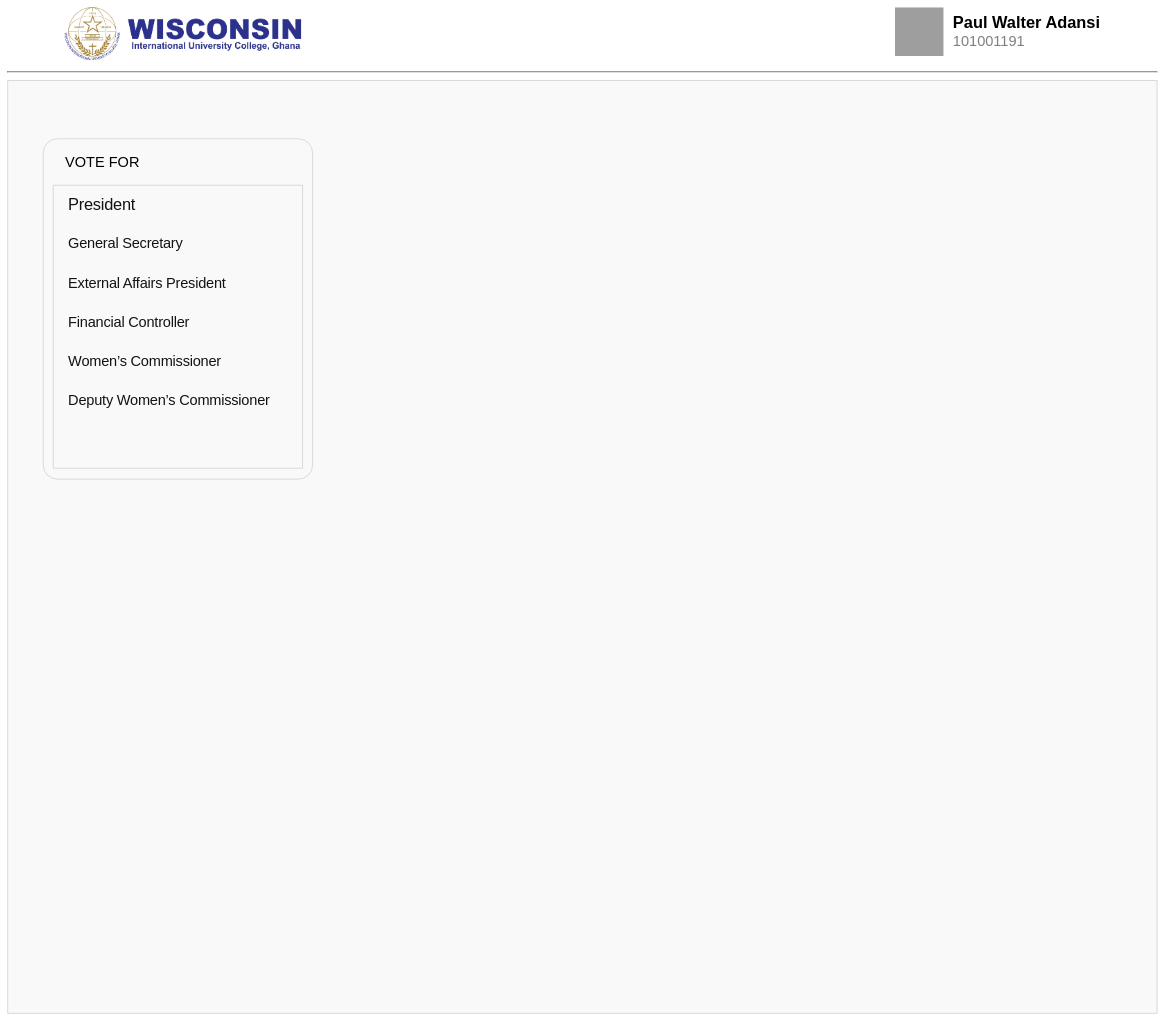
Repository: exe-walt/Voting-System-Project
Page: new.html
An editor plug-in stored every save of this project. The page is shown before and after the next save, followed by the edit.
The browser window is 1280 px wide. The pictures show the whole page, at 91% of full size.
Pictures or frames that could not be fetched are drawn as grey boxes.

Above is the page before, as saved 2025-04-01 14:58:21.

### new.html
<!DOCTYPE html>
<html lang="en">
<head>
  <meta charset="UTF-8">
  <meta name="viewport" content="width=device-width, initial-scale=1.0">
  <title>Document</title>
  <link rel="stylesheet" href="new.css">
</head>
<body>

  <!-- Navbar-->
  <div class="nav-bar">
          <div class="logomain">
            <img class="logo" src="img/wiuclogofull.png" alt="WIUC Logo"/>
          </div>

          <div class="profile">
            <img class="img" src="img/walt.png" alt="student profile">
              <div class="student-details">
                <div class="student-name">Paul Walter Adansi</div>
                <div class="student-id">101001191</div>
              </div>
          </div>
    </div>
    <hr class="line"/>
    <!-- End of Navbar -->

    <div class="content">
      <div class="content-container">
        <div class="left-container">
          <div class="vote-txt">
            <p>VOTE FOR</p>
          </div>
          <div class="roles-container">
            <!-- President -->
            <div class="div-president">
              <div class="president">President</div>
            </div>

            <!-- General Secretary -->
            <div class="div-genSec">
              <div class="gen-secretary">General Secretary</div>
            </div>

            <!-- External Affairs President -->
            <div class="div-externalaffairs">
              <div class="ext-affairs">External Affairs President</div>
            </div>

            <!-- Financial Controller -->
            <div class="div-fincont">
              <div class="main-financial">Financial Controller</div>
            </div>

            <!-- Main Women's Commissioner -->
            <div class="div-wcom">
              <div class="main-wcom">Women’s Commissioner</div>
            </div>

            <!-- Deputy Women's Commissioner -->
            <div class="div-deptwcom">
              <div class="dept-wcom">Deputy Women’s Commissioner</div>
            </div>
          </div>
        </div>
      </div>
    </div>

</body>
</html>

### new.css
*{
  font-family: 'Tenorite', sans-serif;
}

.nav-bar {
  display: flex;
  margin-left: 5%;
  margin-right: 5%;
  justify-content: space-between;
}

.nav-bar .logo {
  width: 262px;
  height: 58px;
}

.nav-bar img {
  width: 54px;
  height: 54px;
}

.profile{
  display: flex;
}

.profile img{
  width: 54px;
  height: 54px;
}

.profile .student-details{
  display: flex;
  flex-direction: column;
  margin-top: 7px;
  margin-left: 10px;
}

.profile .student-details .student-name{
  font-size: 18px;
  font-weight: 750;
  color: #000000;
}

.profile .student-details .student-id{
  font-size: 16px;
  font-weight: 400;
  color: #808080;
}

hr{
  border-color: #d7d7d7;
  border-width: 1px;
}

.content{
  background-color: #f9f9f9;
  display: flex;
  flex-direction: row;
  justify-content: center;
  width: 100%;
}

.content-container{
  background-color: #f9f9f9;
  width: 1440px;
  height: 1024px;
  border: 1px solid #d7d7d7;
}

.left-container{
  border: 1px solid #d7d7d7;
  width: 295px;
  height: 373px;
  margin-left: 3%;
  margin-top: 5%;
  border-radius: 16px;
}

.left-container .vote-txt{
  margin-left: 8%;
  margin-top: 4%;
}

.left-container p{
  font-size: 16px;
  font-weight: 400;
  color: #000000;
}

.roles-container{
  justify-content: center;
  border: 1px solid #d7d7d7;
  margin: 10px;
  height: 310px;
}

.div-president {
  align-items: center;
  gap: 10px;
  padding: 13px 16px;
  position: relative;
  align-self: stretch;
  width: 100%;
  flex: 0 0 auto;
}

.president {
  position: relative;
  width: fit-content;
  margin-top: -0.90px;
  font-weight: 500;
  color: #131316;
  font-size: 18px;
  letter-spacing: -0.27px;
  line-height: 18px;
  white-space: nowrap;
}

.div-genSec {
  display: flex;
  align-items: center;
  gap: 10px;
  padding: 13px 16px;
  position: relative;
  align-self: stretch;
  width: 100%;
  flex: 0 0 auto;
}

.gen-secretary {
  position: relative;
  width: fit-content;
  margin-top: -1.00px;
  font-weight: 500;
  color: #131316;
  font-size: 16px;
  letter-spacing: -0.24px;
  line-height: 18px;
  white-space: nowrap;
}

/* External Affairs */
.div-externalaffairs{
  display: flex;
  align-items: center;
  gap: 10px;
  padding: 13px 16px;
  position: relative;
  align-self: stretch;
  width: 100%;
  flex: 0 0 auto;
}

.ext-affairs{
  position: relative;
  width: fit-content;
  margin-top: -1.00px;
  font-weight: 500;
  color: #131316;
  font-size: 16px;
  letter-spacing: -0.24px;
  line-height: 18px;
  white-space: nowrap;
}

/* Financial Controller */
.div-fincont {
  display: flex;
  align-items: center;
  gap: 10px;
  padding: 13px 16px;
  position: relative;
  align-self: stretch;
  width: 100%;
  flex: 0 0 auto;
}

.main-financial{
  position: relative;
  width: fit-content;
  margin-top: -1.00px;
  font-weight: 500;
  color: #131316;
  font-size: 16px;
  letter-spacing: -0.24px;
  line-height: 18px;
  white-space: nowrap;
}

/* Women's Commissioner */
.div-wcom {
  display: flex;
  align-items: center;
  gap: 10px;
  padding: 13px 16px;
  position: relative;
  align-self: stretch;
  width: 100%;
  flex: 0 0 auto;
}

.main-wcom{
  position: relative;
  width: fit-content;
  margin-top: -1.00px;
  font-weight: 500;
  color: #131316;
  font-size: 16px;
  letter-spacing: -0.24px;
  line-height: 18px;
  white-space: nowrap;
}

/* Deputy Women's Commissioner */
.div-deptwcom {
  display: flex;
  align-items: center;
  gap: 10px;
  padding: 13px 16px;
  position: relative;
  align-self: stretch;
  width: 100%;
  flex: 0 0 auto;
}

.dept-wcom {
  position: relative;
  width: fit-content;
  margin-top: -1.00px;
  margin-right: -6.00px;
  font-weight: 500;
  color: #131316;
  font-size: 16px;
  letter-spacing: -0.24px;
  line-height: 18px;
  white-space: nowrap;
}

.roles-container :hover {
  background-color: #0A1F78;
  color: #ffffff;
  border-radius: 12px;
  transition: background-color 0.3s ease-in-out; /* Smooth transition */
}

After the next save:
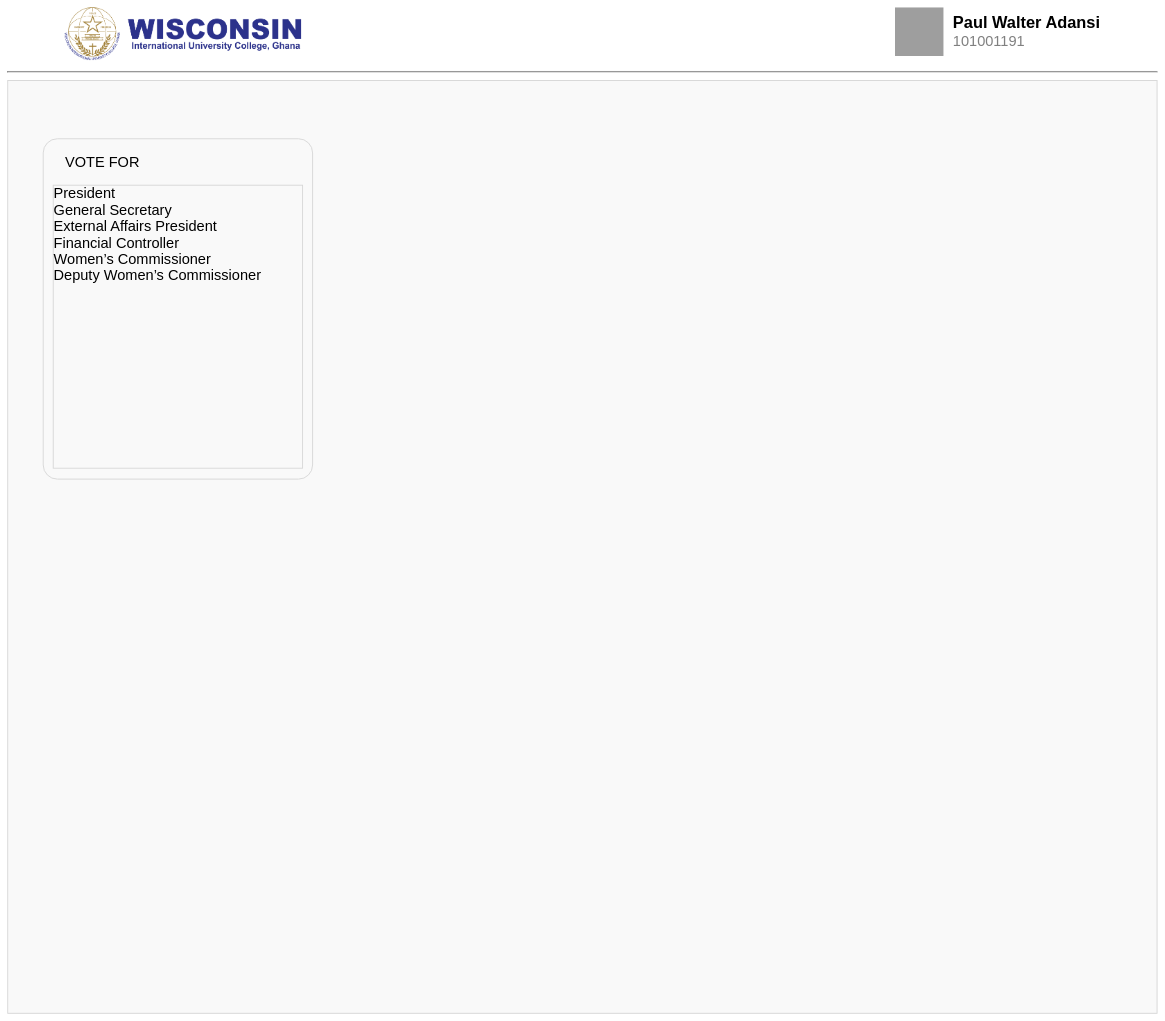
Saved 6 s later.
--- a/new.css
+++ b/new.css
@@ -93,152 +93,3 @@
   margin: 10px;
   height: 310px;
 }
-
-.div-president {
-  align-items: center;
-  gap: 10px;
-  padding: 13px 16px;
-  position: relative;
-  align-self: stretch;
-  width: 100%;
-  flex: 0 0 auto;
-}
-
-.president {
-  position: relative;
-  width: fit-content;
-  margin-top: -0.90px;
-  font-weight: 500;
-  color: #131316;
-  font-size: 18px;
-  letter-spacing: -0.27px;
-  line-height: 18px;
-  white-space: nowrap;
-}
-
-.div-genSec {
-  display: flex;
-  align-items: center;
-  gap: 10px;
-  padding: 13px 16px;
-  position: relative;
-  align-self: stretch;
-  width: 100%;
-  flex: 0 0 auto;
-}
-
-.gen-secretary {
-  position: relative;
-  width: fit-content;
-  margin-top: -1.00px;
-  font-weight: 500;
-  color: #131316;
-  font-size: 16px;
-  letter-spacing: -0.24px;
-  line-height: 18px;
-  white-space: nowrap;
-}
-
-/* External Affairs */
-.div-externalaffairs{
-  display: flex;
-  align-items: center;
-  gap: 10px;
-  padding: 13px 16px;
-  position: relative;
-  align-self: stretch;
-  width: 100%;
-  flex: 0 0 auto;
-}
-
-.ext-affairs{
-  position: relative;
-  width: fit-content;
-  margin-top: -1.00px;
-  font-weight: 500;
-  color: #131316;
-  font-size: 16px;
-  letter-spacing: -0.24px;
-  line-height: 18px;
-  white-space: nowrap;
-}
-
-/* Financial Controller */
-.div-fincont {
-  display: flex;
-  align-items: center;
-  gap: 10px;
-  padding: 13px 16px;
-  position: relative;
-  align-self: stretch;
-  width: 100%;
-  flex: 0 0 auto;
-}
-
-.main-financial{
-  position: relative;
-  width: fit-content;
-  margin-top: -1.00px;
-  font-weight: 500;
-  color: #131316;
-  font-size: 16px;
-  letter-spacing: -0.24px;
-  line-height: 18px;
-  white-space: nowrap;
-}
-
-/* Women's Commissioner */
-.div-wcom {
-  display: flex;
-  align-items: center;
-  gap: 10px;
-  padding: 13px 16px;
-  position: relative;
-  align-self: stretch;
-  width: 100%;
-  flex: 0 0 auto;
-}
-
-.main-wcom{
-  position: relative;
-  width: fit-content;
-  margin-top: -1.00px;
-  font-weight: 500;
-  color: #131316;
-  font-size: 16px;
-  letter-spacing: -0.24px;
-  line-height: 18px;
-  white-space: nowrap;
-}
-
-/* Deputy Women's Commissioner */
-.div-deptwcom {
-  display: flex;
-  align-items: center;
-  gap: 10px;
-  padding: 13px 16px;
-  position: relative;
-  align-self: stretch;
-  width: 100%;
-  flex: 0 0 auto;
-}
-
-.dept-wcom {
-  position: relative;
-  width: fit-content;
-  margin-top: -1.00px;
-  margin-right: -6.00px;
-  font-weight: 500;
-  color: #131316;
-  font-size: 16px;
-  letter-spacing: -0.24px;
-  line-height: 18px;
-  white-space: nowrap;
-}
-
-.roles-container :hover {
-  background-color: #0A1F78;
-  color: #ffffff;
-  border-radius: 12px;
-  transition: background-color 0.3s ease-in-out; /* Smooth transition */
-}

After the save that followed:
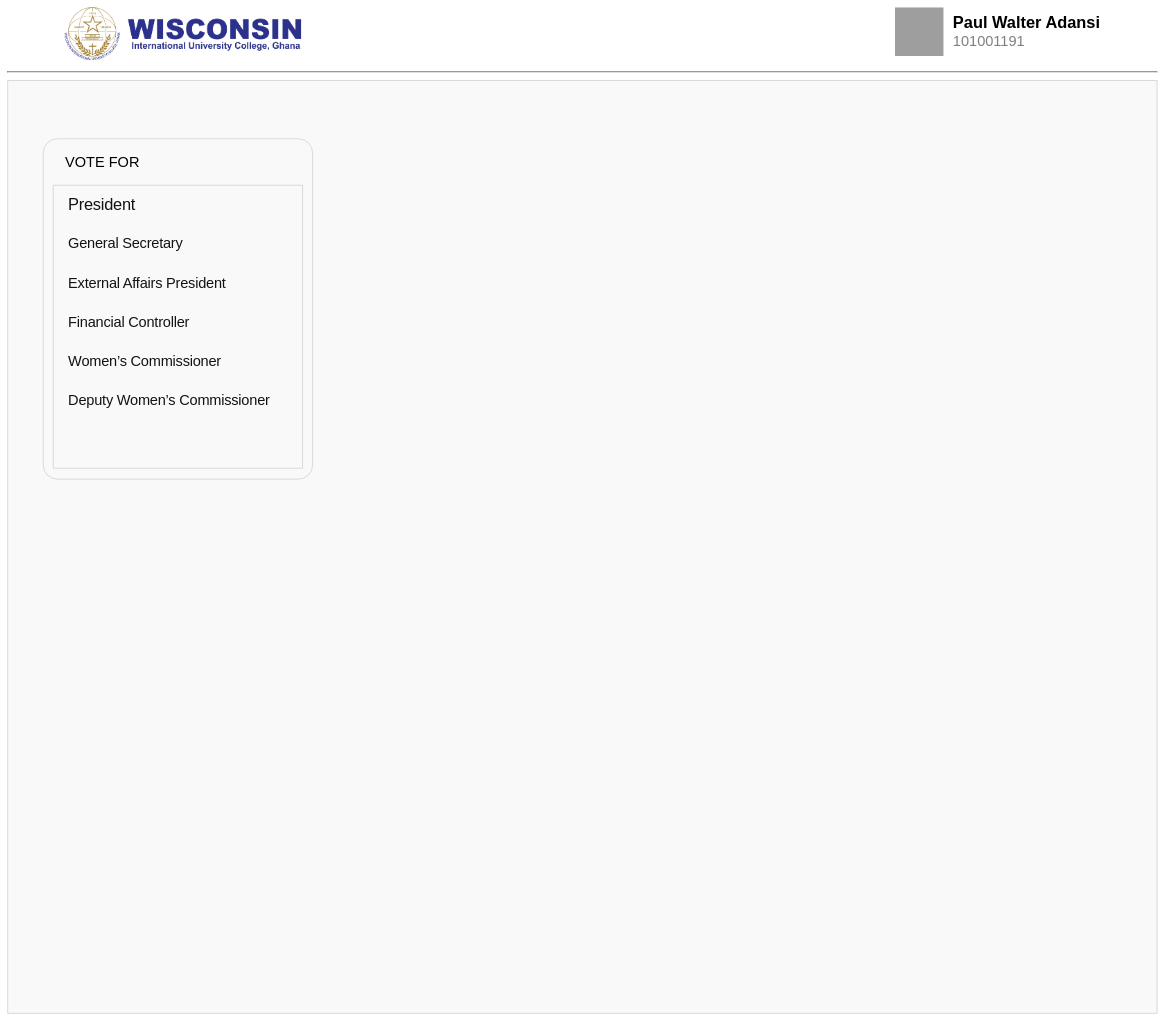
Saved 10 s later.
--- a/new.css
+++ b/new.css
@@ -93,3 +93,152 @@
   margin: 10px;
   height: 310px;
 }
+
+.div-president {
+  align-items: center;
+  gap: 10px;
+  padding: 13px 16px;
+  position: relative;
+  align-self: stretch;
+  width: 100%;
+  flex: 0 0 auto;
+}
+
+.president {
+  position: relative;
+  width: fit-content;
+  margin-top: -0.90px;
+  font-weight: 500;
+  color: #131316;
+  font-size: 18px;
+  letter-spacing: -0.27px;
+  line-height: 18px;
+  white-space: nowrap;
+}
+
+.div-genSec {
+  display: flex;
+  align-items: center;
+  gap: 10px;
+  padding: 13px 16px;
+  position: relative;
+  align-self: stretch;
+  width: 100%;
+  flex: 0 0 auto;
+}
+
+.gen-secretary {
+  position: relative;
+  width: fit-content;
+  margin-top: -1.00px;
+  font-weight: 500;
+  color: #131316;
+  font-size: 16px;
+  letter-spacing: -0.24px;
+  line-height: 18px;
+  white-space: nowrap;
+}
+
+/* External Affairs */
+.div-externalaffairs{
+  display: flex;
+  align-items: center;
+  gap: 10px;
+  padding: 13px 16px;
+  position: relative;
+  align-self: stretch;
+  width: 100%;
+  flex: 0 0 auto;
+}
+
+.ext-affairs{
+  position: relative;
+  width: fit-content;
+  margin-top: -1.00px;
+  font-weight: 500;
+  color: #131316;
+  font-size: 16px;
+  letter-spacing: -0.24px;
+  line-height: 18px;
+  white-space: nowrap;
+}
+
+/* Financial Controller */
+.div-fincont {
+  display: flex;
+  align-items: center;
+  gap: 10px;
+  padding: 13px 16px;
+  position: relative;
+  align-self: stretch;
+  width: 100%;
+  flex: 0 0 auto;
+}
+
+.main-financial{
+  position: relative;
+  width: fit-content;
+  margin-top: -1.00px;
+  font-weight: 500;
+  color: #131316;
+  font-size: 16px;
+  letter-spacing: -0.24px;
+  line-height: 18px;
+  white-space: nowrap;
+}
+
+/* Women's Commissioner */
+.div-wcom {
+  display: flex;
+  align-items: center;
+  gap: 10px;
+  padding: 13px 16px;
+  position: relative;
+  align-self: stretch;
+  width: 100%;
+  flex: 0 0 auto;
+}
+
+.main-wcom{
+  position: relative;
+  width: fit-content;
+  margin-top: -1.00px;
+  font-weight: 500;
+  color: #131316;
+  font-size: 16px;
+  letter-spacing: -0.24px;
+  line-height: 18px;
+  white-space: nowrap;
+}
+
+/* Deputy Women's Commissioner */
+.div-deptwcom {
+  display: flex;
+  align-items: center;
+  gap: 10px;
+  padding: 13px 16px;
+  position: relative;
+  align-self: stretch;
+  width: 100%;
+  flex: 0 0 auto;
+}
+
+.dept-wcom {
+  position: relative;
+  width: fit-content;
+  margin-top: -1.00px;
+  margin-right: -6.00px;
+  font-weight: 500;
+  color: #131316;
+  font-size: 16px;
+  letter-spacing: -0.24px;
+  line-height: 18px;
+  white-space: nowrap;
+}
+
+.roles-container :hover {
+  background-color: #0A1F78;
+  color: #ffffff;
+  border-radius: 12px;
+  transition: background-color 0.3s ease-in-out; /* Smooth transition */
+}
